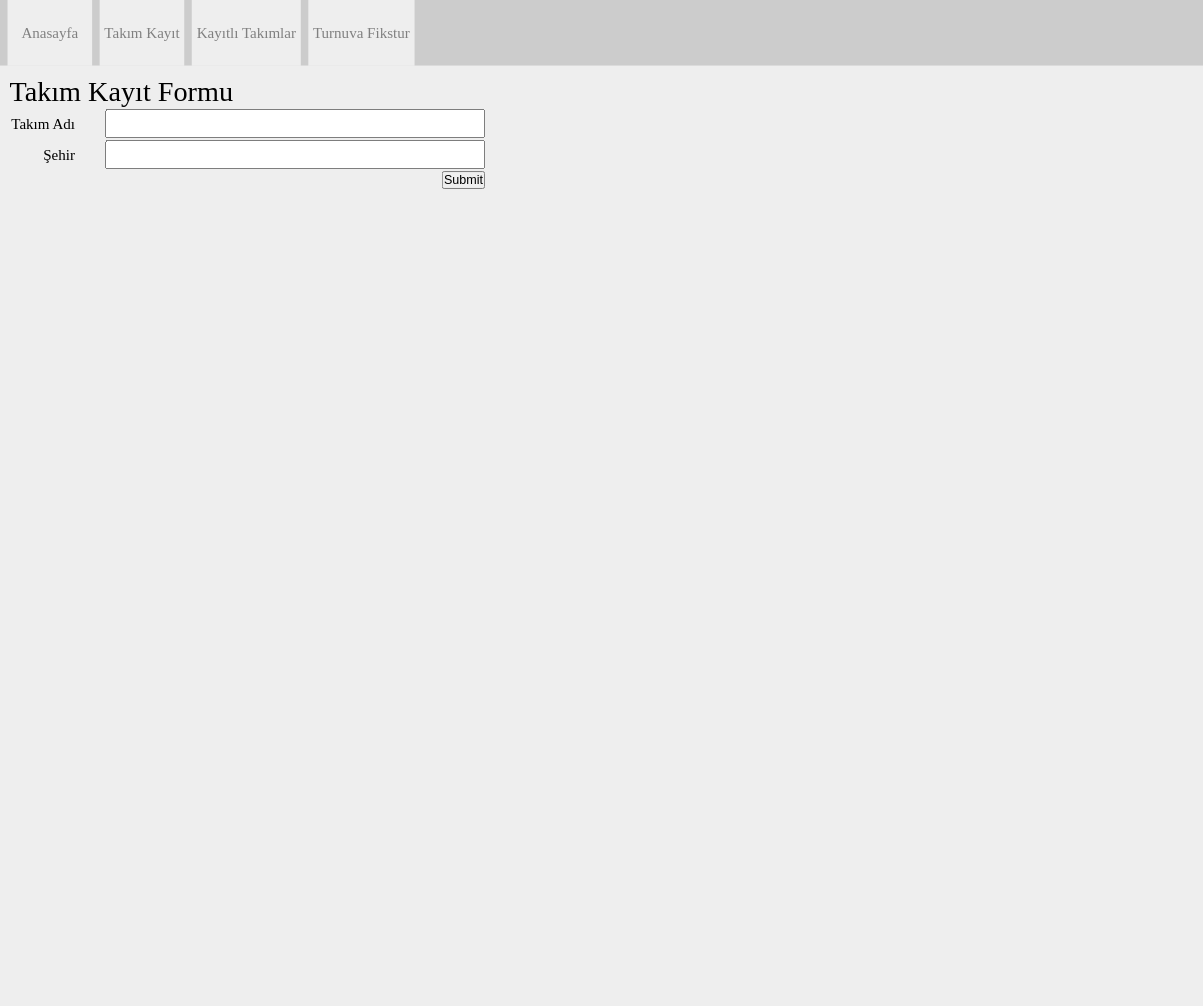
Repository: oktembaris77/internet_final
Page: http://localhost/internetfinal/takim_kayit.jsp
An editor plug-in stored every save of this project. The page is shown before and after the next save, followed by the edit.
The browser window is 1280 px wide. The pictures show the whole page, at 94% of full size.
The page is served by Tomcat 9.

Above is the page before, as saved 2020-05-11 20:03:31.

After the next save:
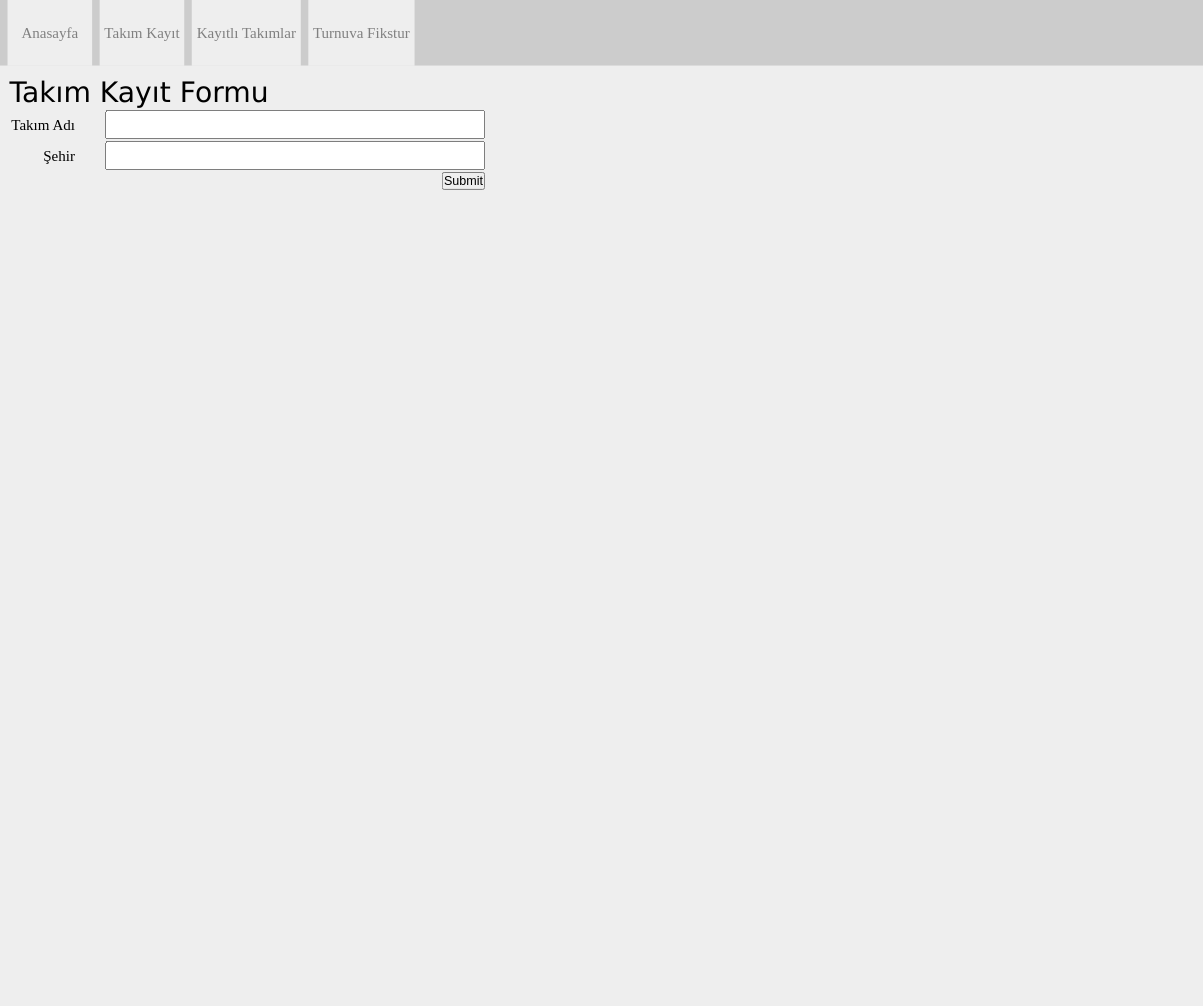
Saved 19 s later.
--- a/internetfinal/WebContent/takim_kayit.jsp
+++ b/internetfinal/WebContent/takim_kayit.jsp
@@ -63,6 +63,7 @@
 }
 .baslik{
 font-size:30px;
+font-family:"verdana";
 }
 </style>
 </head>
